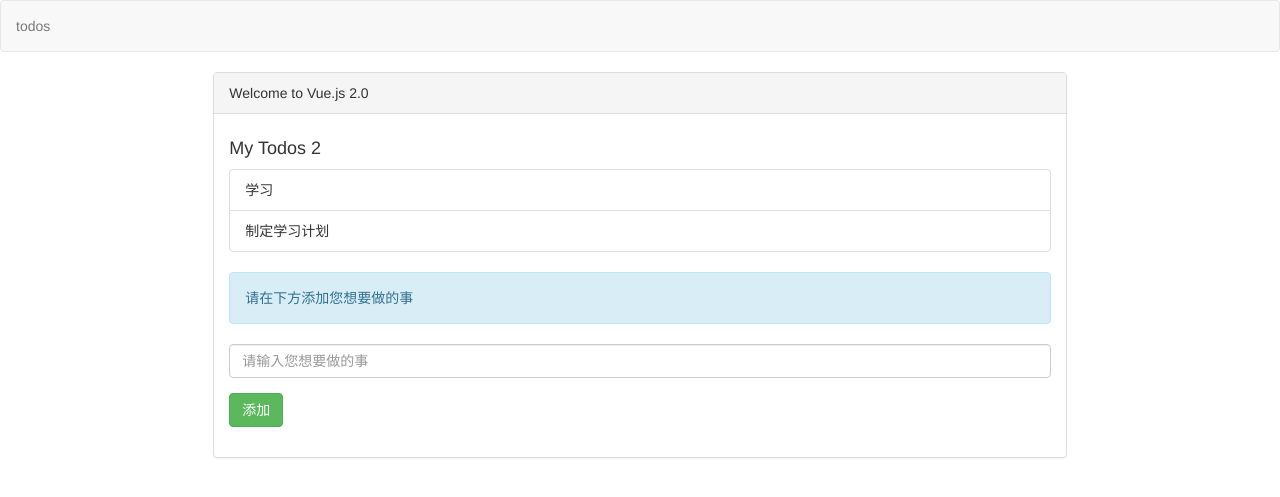
Repository: myr1111/todo
Page: Todoapp/index.html
An editor plug-in stored every save of this project. The page is shown before and after a run of saves, followed by the edit.
The browser window is 1280 px wide. The pictures show the whole page.

Above is the page before, as saved 2019-04-01 08:39:53.

### Todoapp/index.html
<!DOCTYPE html>
<html lang="en">
<head>
    <meta charset="UTF-8">
    <meta name="viewport" content="width=device-width, initial-scale=1.0">
    <meta http-equiv="X-UA-Compatible" content="ie=edge">
    <title>Document</title>
    <link rel="stylesheet" href="bootstrap.min.css">
    <script src="vue.min.js"></script>
</head>
<body>
    <nav class="navbar navbar-default">
        <p class="navbar-text">todos</p>
    </nav>
    <div id="app" class="container col-md-8 col-md-offset-2">
        <div class="row">
            <div class="panel panel-default">
                <div class=" panel-heading">Welcome to Vue.js 2.0</div>
                <div class="panel-body">
                    <h4>My Todos {{todosCount}}</h4>
                    <ul class="list-group">
                        <li class="list-group-item"
                            v-for="todo in todos"
                        >{{todo.title}}

                        </li>
                    </ul>
                    <div class="alert alert-info">请在下方添加您想要做的事</div>
                    <form v-on:submit.prevent="add()">
                        <div class="form-group">
                            <input v-model="newTodo.title" type="text" placeholder="请输入您想要做的事" class="form-control">
                        </div>
                        <div class="form-group">
                            <button type="submit" class="btn btn-success">添加</button>
                        </div>
                    </form>
                </div>
            </div>
        </div>
    </div>
    <script>
        new Vue({
            el : "#app",
            data : {
                todos : [
                    {title : "学习"},
                    {title : "制定学习计划"}
                ],
                newTodo : {title : ""}
            },
            computed: {
                todosCount(){
                    return this.todos.length;
                }
            },
            methods: {
                add(){
                    this.todos.push(this.newTodo);
                    this.newTodo = {title : ""};
                }
            },
        });

    </script>
</body>
</html>

Loaded but not shown: Todoapp/bootstrap.min.css (library); Todoapp/vue.min.js (library)

After the next 2 saves:
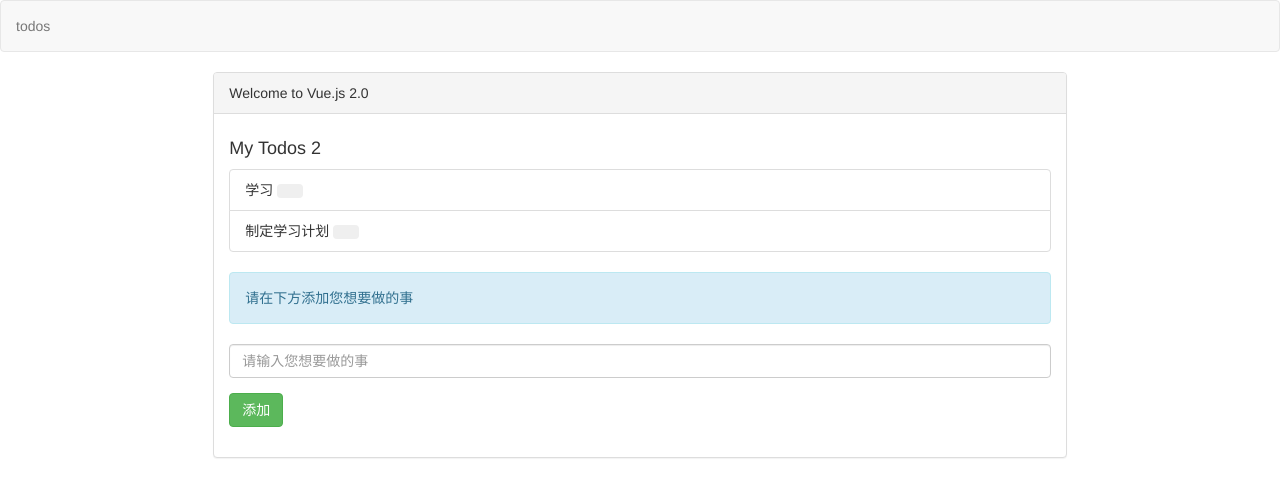
The 2 saves are shown as one change because they came seconds apart.
The last was saved 10 s later.
--- a/Todoapp/index.html
+++ b/Todoapp/index.html
@@ -22,7 +22,7 @@
                         <li class="list-group-item"
                             v-for="todo in todos"
                         >{{todo.title}}
-
+                            <button class="btn btn"></button>
                         </li>
                     </ul>
                     <div class="alert alert-info">请在下方添加您想要做的事</div>
